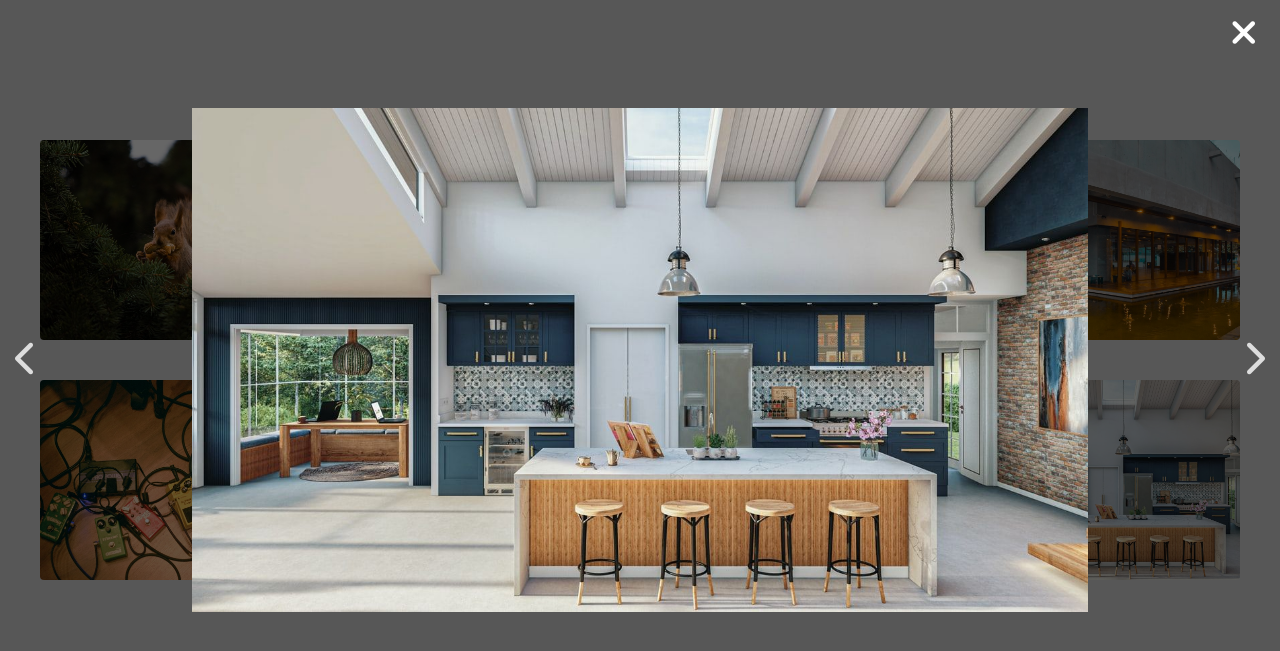
Repository: QUANGTHAI2003/images-gallery
Page: index.html
The author's editor kept a copy of each file at every save. The page is drawn from the files as they stood at one save, then again after the next save.
The browser window is 1280 px wide. The pictures show the whole page.
After loading, the first visible `img` was clicked once.

Above is the page before, as saved 2022-03-01 16:32:10.

After the next save:
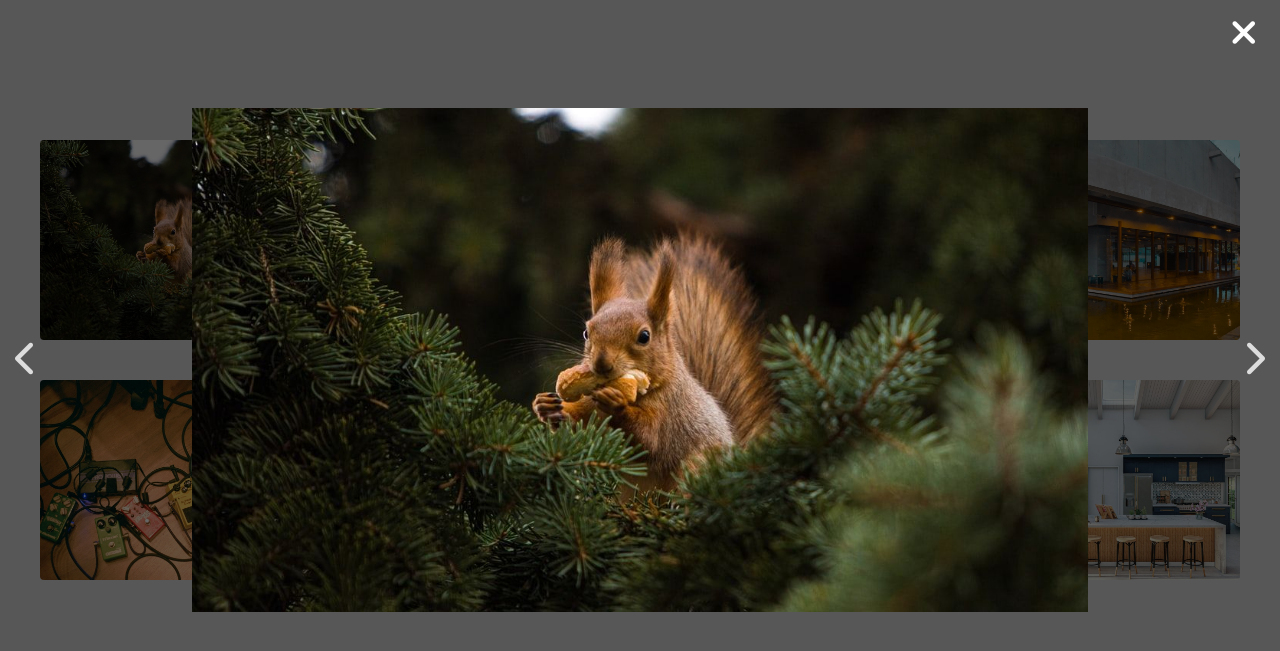
Saved 40 s later.
--- a/app.js
+++ b/app.js
@@ -10,6 +10,7 @@ var currentIndex = 0;
 images.forEach((item, index) => {
     item.addEventListener('click', function () {
         currentIndex = index;
+        galleryImg.src = this.src;
         gallery.classList.add('show');
     });
 })
